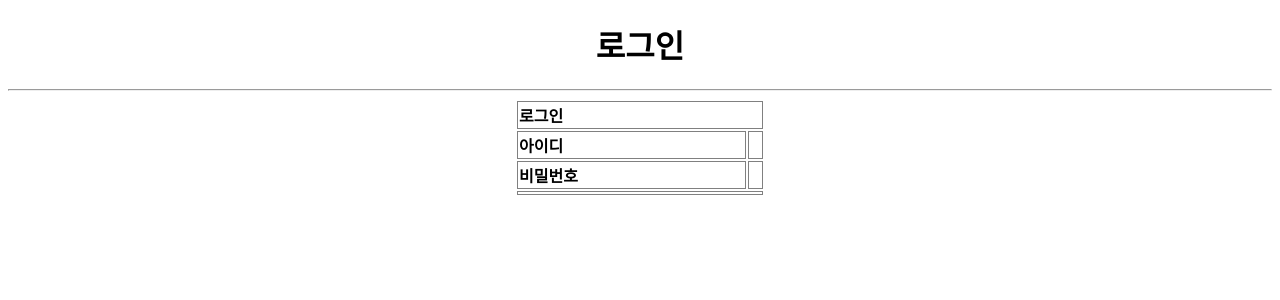
Repository: nijooymik/smartfactory
Page: http://localhost/t0721/login/login_form.jsp
These files come from the project's save history. The page is drawn as it stood at one moment and after the next save; the edit follows.
The browser window is 1280 px wide. The pictures show the whole page.
The page is served by Tomcat 9.

Above is the page before, as saved 2022-07-21 06:02:19.

After the next save:
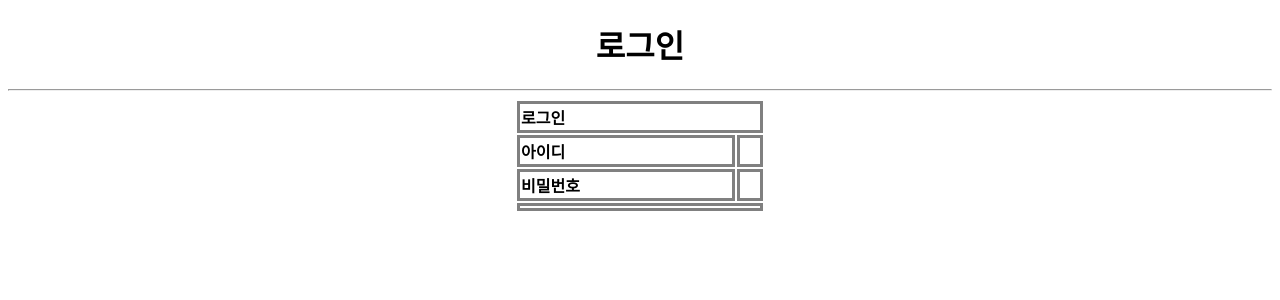
Saved 17 s later.
--- a/jsp/t0721/src/main/webapp/login/login_form.jsp
+++ b/jsp/t0721/src/main/webapp/login/login_form.jsp
@@ -13,7 +13,7 @@ table {
 }
 
 td {
-	border: 1px solid grey;
+	border: solid grey;
 	font-weight: bold;
 	padding: 1px;
 	text-align: left;
